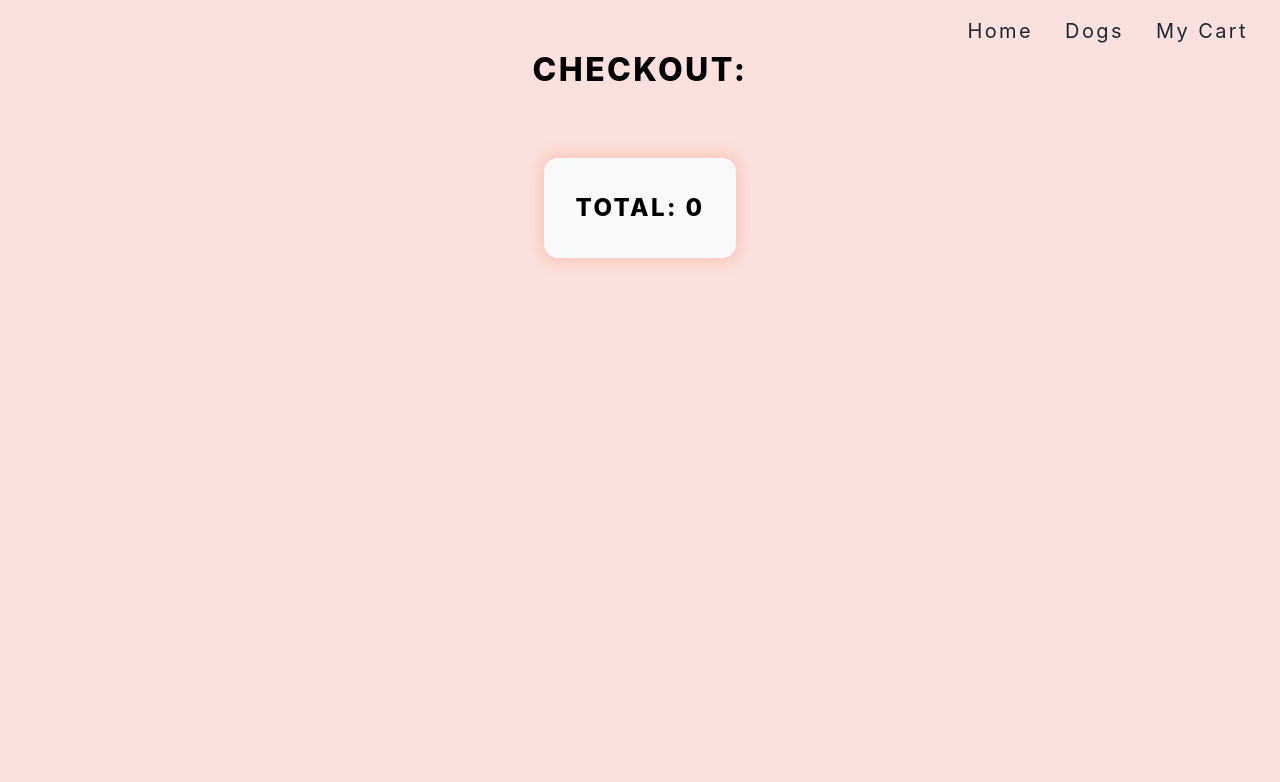
Repository: CarsonDev1/Dogs-Shop
Page: /checkout (app in frontend/)
An editor plug-in stored every save of this project. The page is shown before and after the next save, followed by the edit.
The browser window is 1280 px wide. The pictures show the whole page.
The page's requests for data from a server got no answer. The project was rebuilt for these pictures with package versions that can differ from the ones it lists, and the page was loaded fresh each time. No one was signed in, and anything a server would have sent is missing. Also part of the build but not shown: frontend/src/component/Home/home.css, frontend/src/component/Home/Home.jsx, frontend/src/component/Dogs/dogs.css, frontend/src/component/Dogs/DogsCard.jsx, frontend/src/component/Dogs/DogsPage.jsx.

Above is the page before, as saved 2022-08-04 15:12:14.

After the next save:
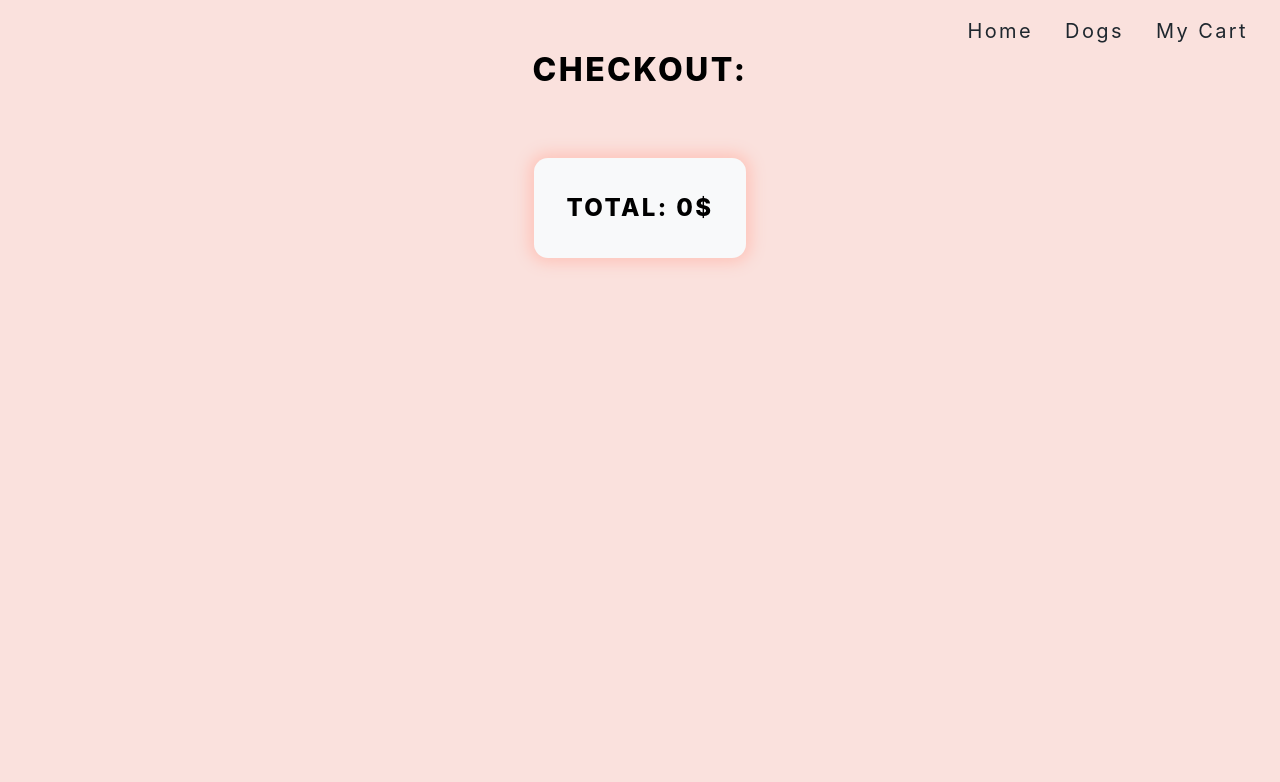
Saved 67 s later.
--- a/frontend/src/component/Cart/Cart.jsx
+++ b/frontend/src/component/Cart/Cart.jsx
@@ -20,7 +20,7 @@ const Cart = () => {
 							</div>
 						);
 					})}
-					<div className="cart-total">TOTAL: {total}</div>
+					<div className="cart-total">TOTAL: {total}$</div>
 				</div>
 			</section>
 		</>
